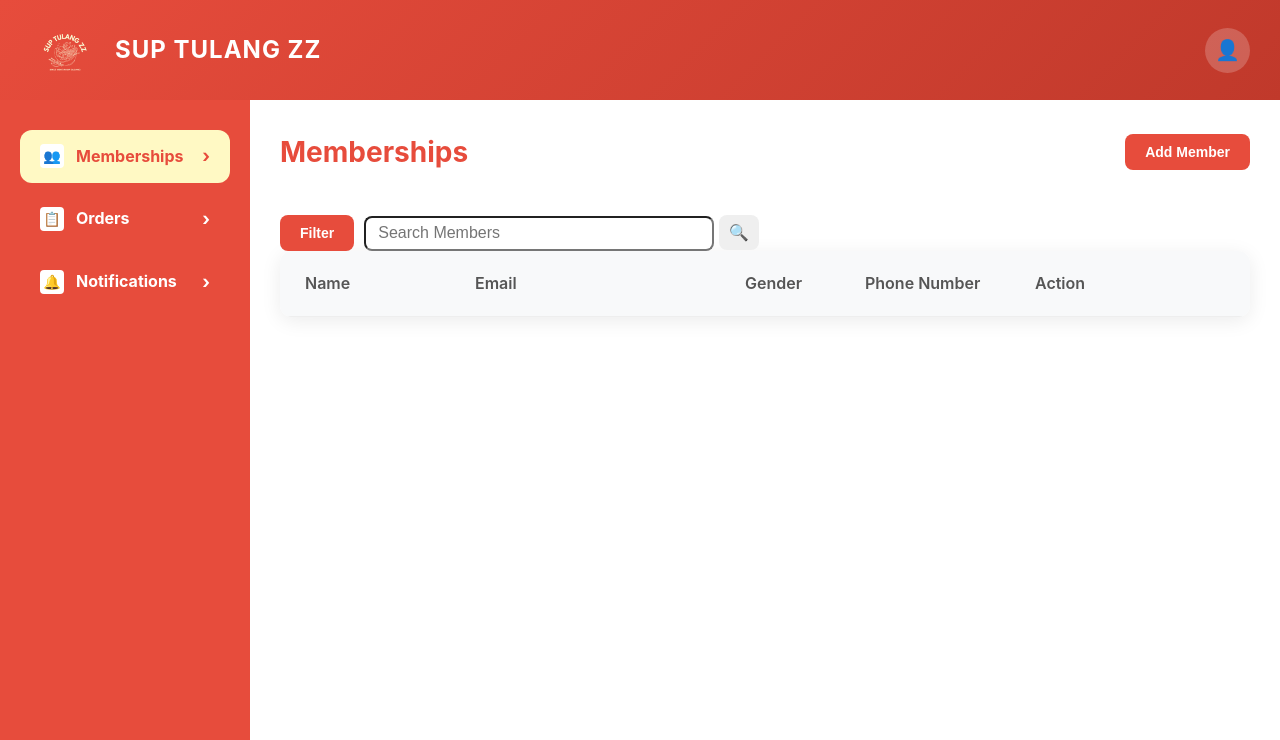
Repository: YIsheng2002/web-frontend
Page: view/Staff/dashboardStaff.html
The author's editor kept a copy of each file at every save. The page is drawn from the files as they stood at one save, then again after the next save.
The browser window is 1280 px wide. The pictures show the whole page.

Above is the page before, as saved 2025-06-30 01:24:07.
Console error: TypeError: Cannot set properties of null (setting 'textContent')

After the next save:
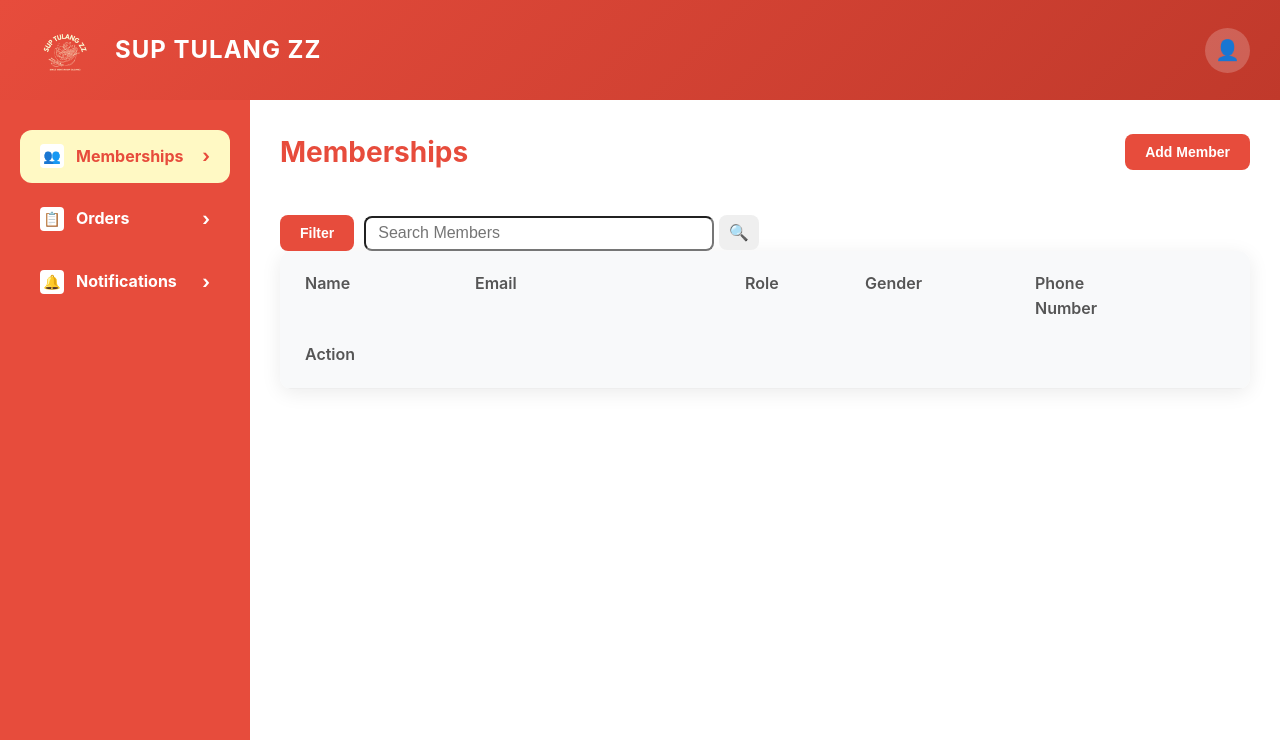
Saved 71 s later.
--- a/view/Staff/dashboardStaff.html
+++ b/view/Staff/dashboardStaff.html
@@ -89,6 +89,7 @@
                 <div class="members-header">
                     <div>Name</div>
                     <div>Email</div>
+                    <div>Role</div>
                     <div>Gender</div>
                     <div>Phone Number</div>
                     <div>Action</div>
